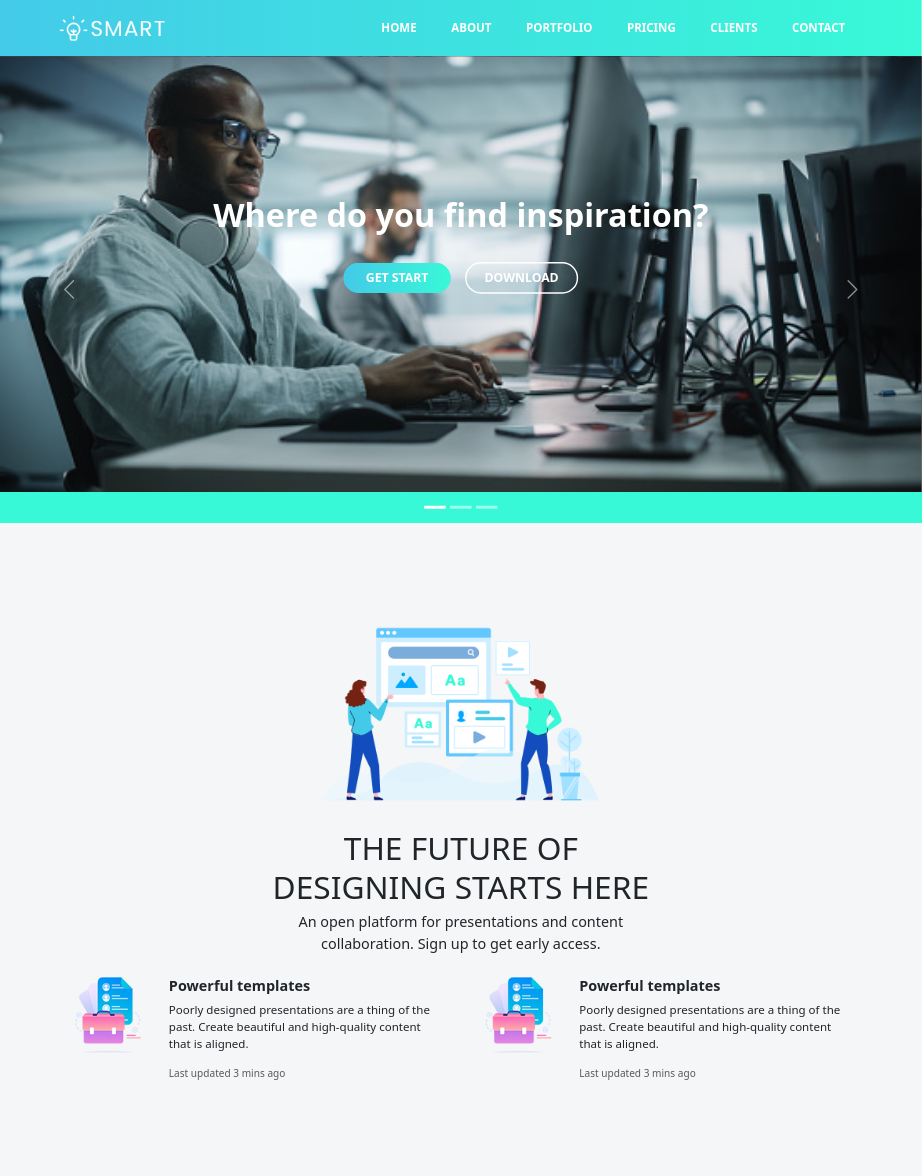
Repository: rizwan-zafar/smart-React
Page: /
The author's editor kept a copy of each file at every save. The page is drawn from the files as they stood at one save, then again after the next save.
The browser window is 1280 px wide. The pictures show the whole page, at 72% of full size.
The project was rebuilt for these pictures with package versions that can differ from the ones it lists, and the page was loaded fresh each time.

Above is the page before, as saved 2022-11-17 11:39:43.

### public/index.html
<!DOCTYPE html>
<html lang="en">
  <head>
    <meta charset="utf-8" />
    <link rel="icon" href="%PUBLIC_URL%/favicon.ico" />
    <meta name="viewport" content="width=device-width, initial-scale=1" />
    <meta name="theme-color" content="#000000" />
    <meta
      name="description"
      content="Web site created using create-react-app"
    />
    <link rel="apple-touch-icon" href="%PUBLIC_URL%/logo192.png" />
    <!--
      manifest.json provides metadata used when your web app is installed on a
      user's mobile device or desktop. See https://developers.google.com/web/fundamentals/web-app-manifest/
    -->
    <link rel="manifest" href="%PUBLIC_URL%/manifest.json" />
    <!--
      Notice the use of %PUBLIC_URL% in the tags above.
      It will be replaced with the URL of the `public` folder during the build.
      Only files inside the `public` folder can be referenced from the HTML.

      Unlike "/favicon.ico" or "favicon.ico", "%PUBLIC_URL%/favicon.ico" will
      work correctly both with client-side routing and a non-root public URL.
      Learn how to configure a non-root public URL by running `npm run build`.
    -->
    <title>React App</title>
  </head>
  <body>
    <noscript>You need to enable JavaScript to run this app.</noscript>
    <div id="root"></div>

   </body>
</html>

### src/index.js
import React from 'react';
import './index.css';
import "../node_modules/bootstrap/dist/css/bootstrap.min.css"
import "../node_modules/bootstrap/dist/js/bootstrap.min.js"
import "./Components/FontawsomeIcons"
import ReactDOM from 'react-dom/client';
import App from './App';
const root = ReactDOM.createRoot(document.getElementById('root'));
root.render(
  <React.StrictMode>
    <App />
  </React.StrictMode>
);

// If you want to start measuring performance in your app, pass a function
// to log results (for example: reportWebVitals(console.log))
// or send to an analytics endpoint. Learn more: https://bit.ly/CRA-vitals

### src/Components/FontawsomeIcons/index.js
import {library} from "@fortawesome/fontawesome-svg-core"
import {faUser,faBars,faPlus} from "@fortawesome/free-solid-svg-icons"
library.add(faUser,faBars,faPlus)

### src/App.js
 import HomePage from "./Pages/Home"
function App() {
  return (
    <div className="App">
        <HomePage />
    </div>
  );
}

export default App;

### src/Pages/Home.js
import React from 'react'
import Navbar from "../Components/Navbar"
import Slider from "../Components/Slider"
import Service from "../Components/Service";
export default function Home() {
    return (
        <div>
            <Navbar />
            <Slider />
            <Service />
        </div>
    )
}

### src/Components/Navbar.js
import React from 'react'
import "../Css/Navbar.css"

import { FontAwesomeIcon } from "@fortawesome/react-fontawesome"
export default function Navbar() {
    const [hamburgerIcon, setHamburgerIcon] = React.useState('bars')
    const [rotateIcon, setRotateIcon] = React.useState('')
    const handleHumBurger = (hamburgerIcon) => {
        if (hamburgerIcon === 'bars') {
            setRotateIcon('icon-rotate')
            setHamburgerIcon('plus')
        } else {
            setRotateIcon('anti-icon-rotate')
            setHamburgerIcon("bars")
        }
    }
     return (
        <div className="NavContainer">
            <nav className="navbar navbar-expand-lg navbar-dark">
                <div className="container">
                    <a className="navbar-brand" href="/">
                        <img className="img-fluid" src="Images/logo.png" alt="not found" />
                    </a>
                    <div className="navbar-toggler" type="button" data-bs-toggle="collapse"   onClick={() => { handleHumBurger(hamburgerIcon) }} data-bs-target="#navbarNav" aria-controls="navbarNav" aria-expanded="false" aria-label="Toggle navigation">
                        <FontAwesomeIcon  className={rotateIcon} icon={hamburgerIcon}  />
                    </div>
                    <div className="collapse navbar-collapse navSetting" id="navbarNav">
                        <ul className="navbar-nav ms-auto">
                            <li className="nav-item">
                                <a className="nav-link active" aria-current="page" href="/">Home</a>
                            </li>
                            <li className="nav-item">
                                <a className="nav-link" href="/">ABOUT</a>
                            </li>
                            <li className="nav-item">
                                <a className="nav-link" href="/">PORTFOLIO</a>
                            </li>

                            <li className="nav-item">
                                <a className="nav-link" href="/">PRICING</a>
                            </li>

                            <li className="nav-item">
                                <a className="nav-link" href="/">CLIENTS</a>
                            </li>

                            <li className="nav-item">
                                <a className="nav-link" href="/">CONTACT</a>
                            </li>

                        </ul>
                    </div>
                </div>
            </nav>
        </div>
    )
}

### src/Components/Slider.js
import React from 'react'
import "../Css/Slider.css"

export default function Slider() {
    return (
        <div className="sliderContainer">
            <div id="carouselExampleCaptions" className="carousel slide" data-bs-ride="false">

                <div className="carousel-indicators">
                    <button type="button" data-bs-target="#carouselExampleCaptions" data-bs-slide-to="0" className="active" aria-current="true" aria-label="Slide 1"></button>
                    <button type="button" data-bs-target="#carouselExampleCaptions" data-bs-slide-to="1" aria-label="Slide 2"></button>
                    <button type="button" data-bs-target="#carouselExampleCaptions" data-bs-slide-to="2" aria-label="Slide 3"></button>
                </div>

                <div className="carousel-inner">
                    <div className="carousel-item active bg-cover slide-image1">
                        <div className="carousel-caption">
                            <p> If not now, then when?</p>
                            <div>
                                <button className="btn btn1">Get Start</button>
                                <button className="btn btn2">Download</button>
                            </div>
                        </div>
                    </div>
                    <div className="carousel-item active bg-cover slide-image2">
                        <div className="carousel-caption">
                            <p>What does your joy look like today?</p>
                            <div>
                                <button className="btn btn1">Get Start</button>
                                <button className="btn btn2">Download</button>
                            </div>
                        </div>
                    </div>
                    <div className="carousel-item active bg-cover slide-image3">
                        <div className="carousel-caption">
                            <p>Where do you find inspiration?</p>
                            <div>
                                <button className="btn btn1">Get Start</button>
                                <button className="btn btn2">Download</button>
                            </div>
                        </div>
                    </div>
                </div>
                <button className="carousel-control-prev" type="button" data-bs-target="#carouselExampleCaptions" data-bs-slide="prev">
                    <span className="carousel-control-prev-icon" aria-hidden="true"></span>
                    <span className="visually-hidden">Previous</span>
                </button>
                <button className="carousel-control-next" type="button" data-bs-target="#carouselExampleCaptions" data-bs-slide="next">
                    <span className="carousel-control-next-icon" aria-hidden="true"></span>
                    <span className="visually-hidden">Next</span>
                </button>
            </div>
        </div>
    )
}

### src/Components/Service.js
import React from 'react'
import "../Css/Services.css"
export default function Service() {
    return (
        <div className="services">

            <div className="text-center">
                <img className="custom-image" src="/Images/services.png" alt="Services" />
                <div className='container custom-container'>
                    <h4>The future of designing starts here</h4>
                    <p>An open platform for presentations and content collaboration. Sign up to get early access.</p>
                </div>
            </div>
             <div className="container text-center">
                <div className="row">
                    <div className="col-xs-12 col-sm-12 col-md-6 col-lg-6 col-xl-6 ">
                        <div className="card mb-3" >
                            <div className="row g-0">
                                <div className="col-md-3">
                                    <img src="/Images/icon-1.png" className="img-fluid rounded-start" alt="..." />
                                </div>
                                <div className="col-md-9">
                                    <div className="card-body text-start">
                                        <h5 className="card-title fw-bold">Powerful templates</h5>
                                        <p className="card-text fs-6">Poorly designed presentations are a thing of the past. Create beautiful and high-quality content that is aligned.</p>
                                        <p className="card-text"><small className="text-muted">Last updated 3 mins ago</small></p>
                                    </div>
                                </div>
                            </div>
                        </div>
                    </div>

                    <div className="col-xs-12 col-sm-12 col-md-6 col-lg-6 col-xl-6 ">
                        <div className="card mb-3" >
                            <div className="row g-0">
                                <div className="col-md-3">
                                    <img src="/Images/icon-1.png" className="img-fluid rounded-start" alt="..." />
                                </div>
                                <div className="col-md-9">
                                    <div className="card-body text-start">
                                        <h5 className="card-title fw-bold">Powerful templates</h5>
                                        <p className="card-text fs-6">Poorly designed presentations are a thing of the past. Create beautiful and high-quality content that is aligned.</p>
                                        <p className="card-text"><small className="text-muted">Last updated 3 mins ago</small></p>
                                    </div>
                                </div>
                            </div>
                        </div>
                    </div>
                </div>
            </div>

        </div>
    )
}

### src/Css/Navbar.css

.NavContainer  .navbar-toggler
{
    color:black;
    border:none;
}
.NavContainer .navbar-brand img{
    max-width: 150px;
}
.NavContainer .navbar-dark
{
    background: linear-gradient(to right,#43cae9, #38f9d7 100%)
}

.NavContainer .navbar-nav li{
   padding: 11px 16px;
 }
.NavContainer .navbar-nav li a{
color:#fff;
font-weight: 700;
text-transform: uppercase;
font-size: 16px;
}



@media (min-width: 1200px)
{
.NavContainer .container {
    max-width: 1140px;
}
}


@media (max-width: 991px)
 {
    .NavContainer .navSetting
    {
        position: absolute;
        top: 100%;
        left: 0;
        width: 100%;
        background: linear-gradient(to right,#43cae9, #38f9d7 100%);
        z-index: 8;
        padding: 10px 16px;
        -webkit-box-shadow: 0 3px 6px 0 rgb(0 0 0 / 16%);
        -moz-box-shadow: 0 3px 6px 0 rgba(0, 0, 0, 0.16);
        box-shadow: 0 3px 6px 0 rgb(0 0 0 / 16%);
    }
 }

 .NavContainer .icon-rotate {
   transform:rotate(90deg);
    transition: 0.5s;

  }
 .NavContainer .anti-icon-rotate {
   transform:rotate(-0deg);
    transition: 0.5s;

  }

### src/Css/Slider.css
.sliderContainer .carousel-inner .bg-cover{
     height: 90vh;
     background-size: cover;
     background-repeat: no-repeat;
     background-position: center center;
}
.sliderContainer .slide-image1{
    background-image: url("/public/Images/slider-1.jpg");
}
.sliderContainer .slide-image2{
    background-image: url("/public/Images/slider-2.jpg");
}
.sliderContainer .slide-image3{
    background-image: url("/public/Images/slider-3.jpg");
}

.sliderContainer .carousel-caption
{

    position: absolute;
    right: 15%;
    bottom: 1.25rem;
    left: 15%;
    padding-top: 1.25rem;
    padding-bottom: 1.25rem;
    color: #fff;
    text-align: center;
    font-size: 45px;
    font-weight: bold;
    top: 23vh;

}
.sliderContainer .btn1{

    margin: 10px;
    background: linear-gradient(to right,#43cae9, #38f9d7 100%);
    padding: 7px 30px 7px 30px;
    font-weight: bold;
    color: white;
    font-size: 17px;
    border-radius: 29px;
    text-transform: uppercase;

}

.sliderContainer .btn2{
    margin: 10px;
    background:  transparent;
    padding: 7px 25px 7px 25px;
    font-weight: bold;
    color: white;
    font-size: 17px;
    border-radius: 29px;
    border: 2px solid white;
    text-transform: uppercase;

}
.sliderContainer .carousel-indicators{
    margin-right: 0;
    margin-left: 0;
    margin-bottom: 0;
    background: #38f9d7;
    padding: 10px;
}
@media (max-width: 991px)
 {
    .sliderContainer .carousel-inner .bg-cover
    {
        height: 350px;
    }

   .sliderContainer .carousel-caption
   {
       font-size: 25px ;
       top: 11vh;
       font-weight: bolder;
   }

   .sliderContainer .btn
   {
    font-size: 15px;
    }
   .sliderContainer .btn
   {
    font-size: 15px;
    }

    .sliderContainer .carousel-indicators{
        margin-right: 0;
        margin-left: 0;
        margin-bottom: 0;
        background: transparent;

    }
 }

### src/Css/Services.css
.services {
    padding-top: 100px;
    padding-bottom: 100px;
    background-color: #f4f6f7;
}

.services .custom-container h4 {
    font-size: 44px;
    text-transform: uppercase;

}

.services .custom-container p {
    font-size: 20px;
}

.services .custom-image {
    max-width: 34%;
    height: auto;
}

.services .custom-container {
    max-width: 600px;
}

.services .card {
    border: none;
    background-color: transparent;
}

@media (max-width: 991px) {
    .services .custom-image {
        max-width: 100%;
        height: auto;
    }

    .services h4 {
        font-size: 25px;
        text-transform: uppercase;
    }

    .services p {
        font-size: 16px;
    }
}

Loaded but not shown: src/index.css (common file)

After the next save:
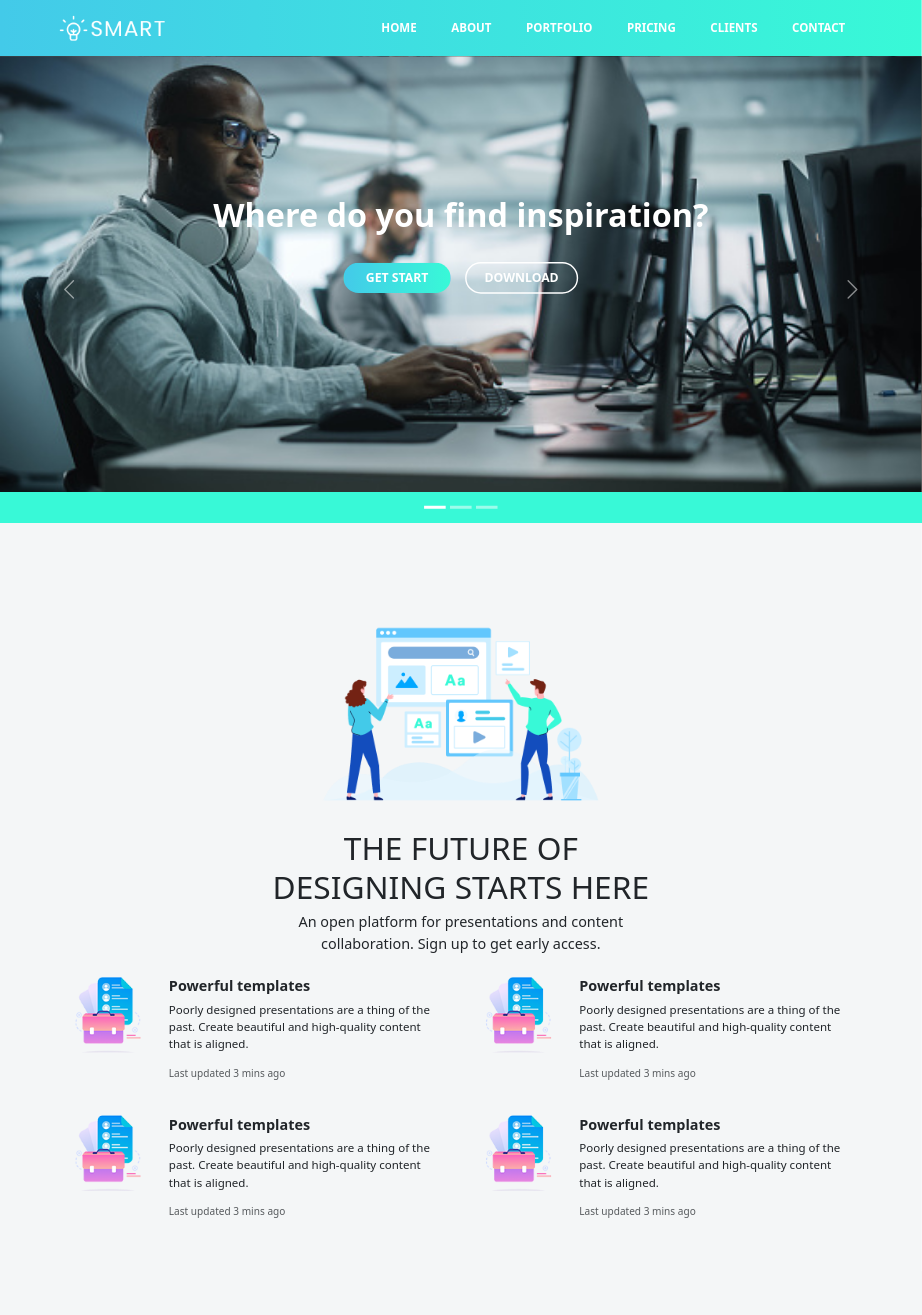
Saved 40 s later.
--- a/src/Components/Service.js
+++ b/src/Components/Service.js
@@ -46,6 +46,42 @@ export default function Service() {
                             </div>
                         </div>
                     </div>
+
+
+                    <div className="col-xs-12 col-sm-12 col-md-6 col-lg-6 col-xl-6 ">
+                        <div className="card mb-3" >
+                            <div className="row g-0">
+                                <div className="col-md-3">
+                                    <img src="/Images/icon-1.png" className="img-fluid rounded-start" alt="..." />
+                                </div>
+                                <div className="col-md-9">
+                                    <div className="card-body text-start">
+                                        <h5 className="card-title fw-bold">Powerful templates</h5>
+                                        <p className="card-text fs-6">Poorly designed presentations are a thing of the past. Create beautiful and high-quality content that is aligned.</p>
+                                        <p className="card-text"><small className="text-muted">Last updated 3 mins ago</small></p>
+                                    </div>
+                                </div>
+                            </div>
+                        </div>
+                    </div>
+
+
+                    <div className="col-xs-12 col-sm-12 col-md-6 col-lg-6 col-xl-6 ">
+                        <div className="card mb-3" >
+                            <div className="row g-0">
+                                <div className="col-md-3">
+                                    <img src="/Images/icon-1.png" className="img-fluid rounded-start" alt="..." />
+                                </div>
+                                <div className="col-md-9">
+                                    <div className="card-body text-start">
+                                        <h5 className="card-title fw-bold">Powerful templates</h5>
+                                        <p className="card-text fs-6">Poorly designed presentations are a thing of the past. Create beautiful and high-quality content that is aligned.</p>
+                                        <p className="card-text"><small className="text-muted">Last updated 3 mins ago</small></p>
+                                    </div>
+                                </div>
+                            </div>
+                        </div>
+                    </div>
                 </div>
             </div>
 
